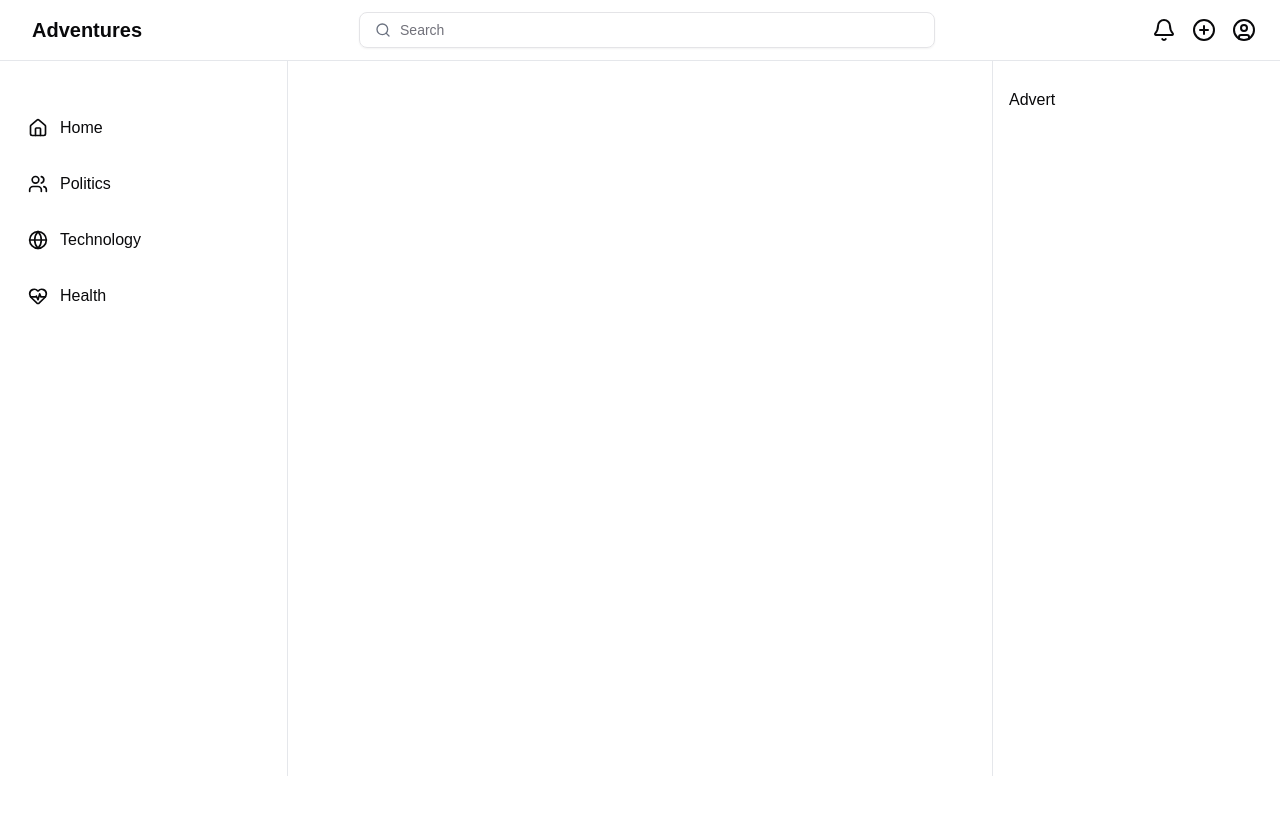
Repository: IssaMuiz/afrixpace-frontend
Page: /
An editor plug-in stored every save of this project. The page is shown before and after the next save, followed by the edit.
The browser window is 1280 px wide. The pictures show the whole page.
The page's requests for data from a server got no answer. The project was rebuilt for these pictures with package versions that can differ from the ones it lists, and the page was loaded fresh each time. The framework's server and built-in components were replaced by stand-ins that run in the browser. No one was signed in, and anything a server would have sent is missing. Also part of the build but not shown: next.config.ts, components/ui/card.tsx, components/Vote.tsx, components/PostCard.tsx.

Above is the page before, as saved 2025-02-05 04:32:05.

### app/layout.tsx
import type { Metadata } from "next";
import { Geist, Geist_Mono } from "next/font/google";
import "./globals.css";
import Navbar from "@/components/Navbar";
import Sidebar from "@/components/Sidebar";
import AdvertBar from "@/components/Advertbar";

const geistSans = Geist({
  variable: "--font-geist-sans",
  subsets: ["latin"],
});

const geistMono = Geist_Mono({
  variable: "--font-geist-mono",
  subsets: ["latin"],
});

export const metadata: Metadata = {
  title: "Adventurer app",
  description: "Share your adventure experience here",
};

export default function RootLayout({
  children,
}: Readonly<{
  children: React.ReactNode;
}>) {
  return (
    <html lang="en">
      <body
        className={`${geistSans.variable} ${geistMono.variable} min-h-screen antialiased`}
      >
        <Navbar />
        <div className="grid grid-rows-1 lg:grid-rows-[1fr_250px] xl:grid-rows-[250px_1fr_300px] gap-6 h-screen p-4">
          <Sidebar />

          <main className=" lg:mr-[290px]  xl:mx-[300px]">{children}</main>
          <AdvertBar />
        </div>
      </body>
    </html>
  );
}

### app/page.tsx
import Feed from "@/components/Feed";

const HomePage = () => {
  return (
    <div className="h-screen ">
      <Feed />
    </div>
  );
};

export default HomePage;

### components/Navbar.tsx
"use client";
/* import { Button } from "./ui/button";
 */ import { Input } from "./ui/input";
import { Search } from "lucide-react";
import { Menu } from "lucide-react";
import { BellIcon } from "lucide-react";
import { UserCircle } from "lucide-react";
import { PlusCircle } from "lucide-react";

const Navbar = () => {
  return (
    <nav className="border-b bg-white z-20 fixed left-0 right-0 top-0 border-gray-200 px-6 py-3 flex justify-between items-center">
      <div className="flex space-x-2 items-center">
        <Menu className="xl:hidden block" />
        <h1 className="lg:hidden block text-xl font-semibold">A</h1>
        <h1 className="text-xl font-semibold hidden lg:flex">Adventures</h1>
      </div>
      <div className="relative max-w-xl flex-1 mx-6">
        <Search className=" h-4 absolute left-3 top-1/2 transform -translate-y-1/2 text-gray-500" />
        <Input
          type="text"
          placeholder="Search"
          className="pl-10 w-full border rounded-lg"
        />
      </div>

      <div className=" flex space-x-4">
        <BellIcon className="dark:hover:bg-gray-800 rounded-full cursor-pointer" />
        <PlusCircle />
        <UserCircle />

        {/* <Button variant="outline" className="hover:bg-gray-100">
          Login
        </Button>
        <Button className="hover:bg-white hover:text-black ">Sign up</Button> */}
      </div>
    </nav>
  );
};

export default Navbar;

### components/Sidebar.tsx
"use client";

import Link from "next/link";
import { usePathname } from "next/navigation";
import { categories } from "@/constant";
import { cn } from "@/lib/utils";

const Sidebar = () => {
  const pathname = usePathname();
  return (
    <aside className="fixed hidden xl:block top-14 left-0 bottom-0 w-72 border-r border-gray-200 h-screen dark:bg-gray-900 px-4 pt-12">
      <ul className="space-y-2">
        {categories.map((cat) => (
          <li key={cat.name}>
            <Link
              href={`/${cat.path}`}
              className={cn(
                "flex items-center gap-3 p-3 rounded-md hover:bg-gray-200 dark:hover:bg-gray-800 transition",
                pathname === `/${cat.path}` &&
                  "bg-gray-300 dark:bg-gray-700 font-semibold"
              )}
            >
              <cat.icon className="w-5 h-5" />
              <span>{cat.name}</span>
            </Link>
          </li>
        ))}
      </ul>
    </aside>
  );
};

export default Sidebar;

### components/Advertbar.tsx
const AdvertBar = () => {
  return (
    <aside className="hidden lg:block fixed right-0 top-14 bottom-0 w-72 border-l border-gray-200 h-full bg-white pt-8 px-4">
      Advert
    </aside>
  );
};

export default AdvertBar;

### components/Feed.tsx
"use client";

import { useEffect, useState } from "react";
import PostCard from "./PostCard";

interface Post {
  id: string;
  title: string;
  content: string;
  votes: number;
  mediaUrl?: string;
  mediaType: "image" | "video";
}

const Feed = () => {
  const [posts, setPosts] = useState<Post[]>([]);

  useEffect(() => {
    async function fetchPost() {
      const res = await fetch("/api/posts");
      const data = await res.json();
      setPosts(data);
    }
    fetchPost();
  }, []);
  return (
    <section className="space-y-6 mt-20">
      {posts.map((post) => (
        <PostCard key={post.id} post={post} />
      ))}
    </section>
  );
};

export default Feed;

### components/ui/input.tsx
import * as React from "react"

import { cn } from "@/lib/utils"

const Input = React.forwardRef<HTMLInputElement, React.ComponentProps<"input">>(
  ({ className, type, ...props }, ref) => {
    return (
      <input
        type={type}
        className={cn(
          "flex h-9 w-full rounded-md border border-input bg-transparent px-3 py-1 text-base shadow-sm transition-colors file:border-0 file:bg-transparent file:text-sm file:font-medium file:text-foreground placeholder:text-muted-foreground focus-visible:outline-none focus-visible:ring-1 focus-visible:ring-ring disabled:cursor-not-allowed disabled:opacity-50 md:text-sm",
          className
        )}
        ref={ref}
        {...props}
      />
    )
  }
)
Input.displayName = "Input"

export { Input }

### constant.ts
import { Home, Users, Globe, HeartPulseIcon } from "lucide-react";

export const categories = [
  {
    name: "Home",
    icon: Home,
    path: "/",
  },
  {
    name: "Politics",
    icon: Users,
    path: "explore/politics",
  },
  {
    name: "Technology",
    icon: Globe,
    path: "explore/technology",
  },
  {
    name: "Health",
    icon: HeartPulseIcon,
    path: "explore/health",
  },
];

### lib/utils.ts
/* eslint-disable @typescript-eslint/no-explicit-any */
import { clsx } from "clsx";
import { twMerge } from "tailwind-merge";

export function cn(...inputs: any[]) {
  return twMerge(clsx(inputs));
}

### tailwind.config.ts
import type { Config } from "tailwindcss";
import tailwindAnimate from "tailwindcss-animate";

export default {
  darkMode: ["class"],
  content: [
    "./pages/**/*.{js,ts,jsx,tsx,mdx}",
    "./components/**/*.{js,ts,jsx,tsx,mdx}",
    "./app/**/*.{js,ts,jsx,tsx,mdx}",
  ],
  theme: {
    extend: {
      colors: {
        background: "hsl(var(--background))",
        foreground: "hsl(var(--foreground))",
        card: {
          DEFAULT: "hsl(var(--card))",
          foreground: "hsl(var(--card-foreground))",
        },
        popover: {
          DEFAULT: "hsl(var(--popover))",
          foreground: "hsl(var(--popover-foreground))",
        },
        primary: {
          DEFAULT: "hsl(var(--primary))",
          foreground: "hsl(var(--primary-foreground))",
        },
        secondary: {
          DEFAULT: "hsl(var(--secondary))",
          foreground: "hsl(var(--secondary-foreground))",
        },
        muted: {
          DEFAULT: "hsl(var(--muted))",
          foreground: "hsl(var(--muted-foreground))",
        },
        accent: {
          DEFAULT: "hsl(var(--accent))",
          foreground: "hsl(var(--accent-foreground))",
        },
        destructive: {
          DEFAULT: "hsl(var(--destructive))",
          foreground: "hsl(var(--destructive-foreground))",
        },
        border: "hsl(var(--border))",
        input: "hsl(var(--input))",
        ring: "hsl(var(--ring))",
        chart: {
          "1": "hsl(var(--chart-1))",
          "2": "hsl(var(--chart-2))",
          "3": "hsl(var(--chart-3))",
          "4": "hsl(var(--chart-4))",
          "5": "hsl(var(--chart-5))",
        },
      },
      borderRadius: {
        lg: "var(--radius)",
        md: "calc(var(--radius) - 2px)",
        sm: "calc(var(--radius) - 4px)",
      },
    },
  },

  plugins: [tailwindAnimate],
} satisfies Config;

### components/ui/button.tsx
import * as React from "react"
import { Slot } from "@radix-ui/react-slot"
import { cva, type VariantProps } from "class-variance-authority"

import { cn } from "@/lib/utils"

const buttonVariants = cva(
  "inline-flex items-center justify-center gap-2 whitespace-nowrap rounded-md text-sm font-medium transition-colors focus-visible:outline-none focus-visible:ring-1 focus-visible:ring-ring disabled:pointer-events-none disabled:opacity-50 [&_svg]:pointer-events-none [&_svg]:size-4 [&_svg]:shrink-0",
  {
    variants: {
      variant: {
        default:
          "bg-primary text-primary-foreground shadow hover:bg-primary/90",
        destructive:
          "bg-destructive text-destructive-foreground shadow-sm hover:bg-destructive/90",
        outline:
          "border border-input bg-background shadow-sm hover:bg-accent hover:text-accent-foreground",
        secondary:
          "bg-secondary text-secondary-foreground shadow-sm hover:bg-secondary/80",
        ghost: "hover:bg-accent hover:text-accent-foreground",
        link: "text-primary underline-offset-4 hover:underline",
      },
      size: {
        default: "h-9 px-4 py-2",
        sm: "h-8 rounded-md px-3 text-xs",
        lg: "h-10 rounded-md px-8",
        icon: "h-9 w-9",
      },
    },
    defaultVariants: {
      variant: "default",
      size: "default",
    },
  }
)

export interface ButtonProps
  extends React.ButtonHTMLAttributes<HTMLButtonElement>,
    VariantProps<typeof buttonVariants> {
  asChild?: boolean
}

const Button = React.forwardRef<HTMLButtonElement, ButtonProps>(
  ({ className, variant, size, asChild = false, ...props }, ref) => {
    const Comp = asChild ? Slot : "button"
    return (
      <Comp
        className={cn(buttonVariants({ variant, size, className }))}
        ref={ref}
        {...props}
      />
    )
  }
)
Button.displayName = "Button"

export { Button, buttonVariants }

Loaded but not shown: app/globals.css (common file)

After the next save:
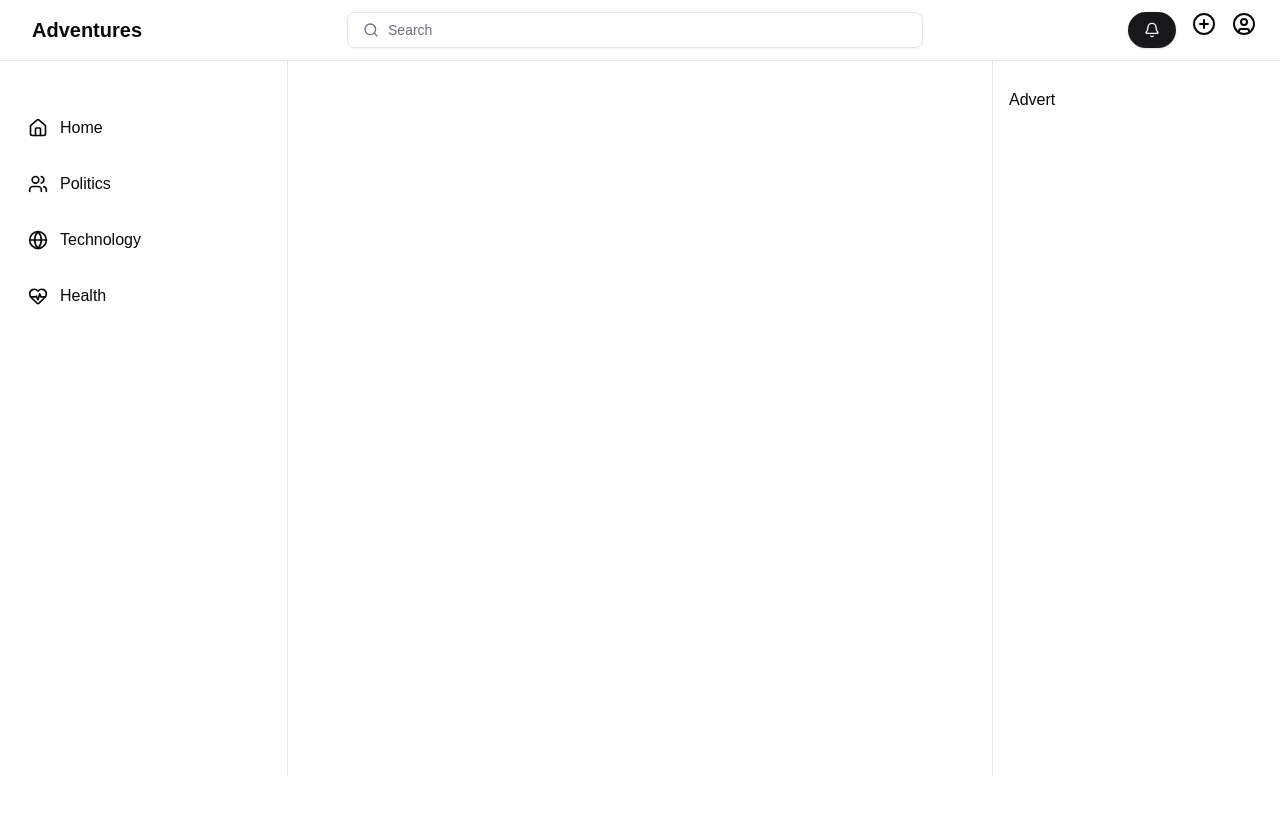
Saved 51 s later.
--- a/components/Navbar.tsx
+++ b/components/Navbar.tsx
@@ -1,6 +1,6 @@
 "use client";
-/* import { Button } from "./ui/button";
- */ import { Input } from "./ui/input";
+import { Button } from "./ui/button";
+import { Input } from "./ui/input";
 import { Search } from "lucide-react";
 import { Menu } from "lucide-react";
 import { BellIcon } from "lucide-react";
@@ -25,7 +25,11 @@ const Navbar = () => {
       </div>
 
       <div className=" flex space-x-4">
-        <BellIcon className="dark:hover:bg-gray-800 rounded-full cursor-pointer" />
+        <Button className="dark:hover:bg-gray-800 rounded-full cursor-pointer ">
+          {" "}
+          <BellIcon />
+        </Button>
+
         <PlusCircle />
         <UserCircle />
 
